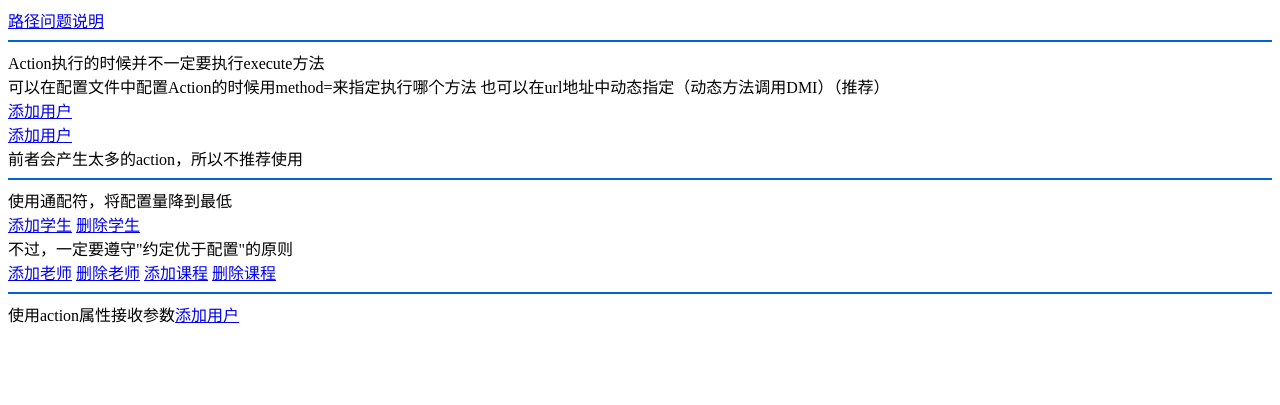
Repository: chellong/StrutsBasic
Page: http://localhost/Struts2.3Sx_1/
The author's editor kept a copy of each file at every save. The page is drawn from the files as they stood at one save, then again after the next save.
The browser window is 1280 px wide. The pictures show the whole page.
The page is served by Tomcat 9. Nobody is signed in. The application's start-up code is not run.

Above is the page before, as saved 2016-01-22 16:49:11.

After the next save:
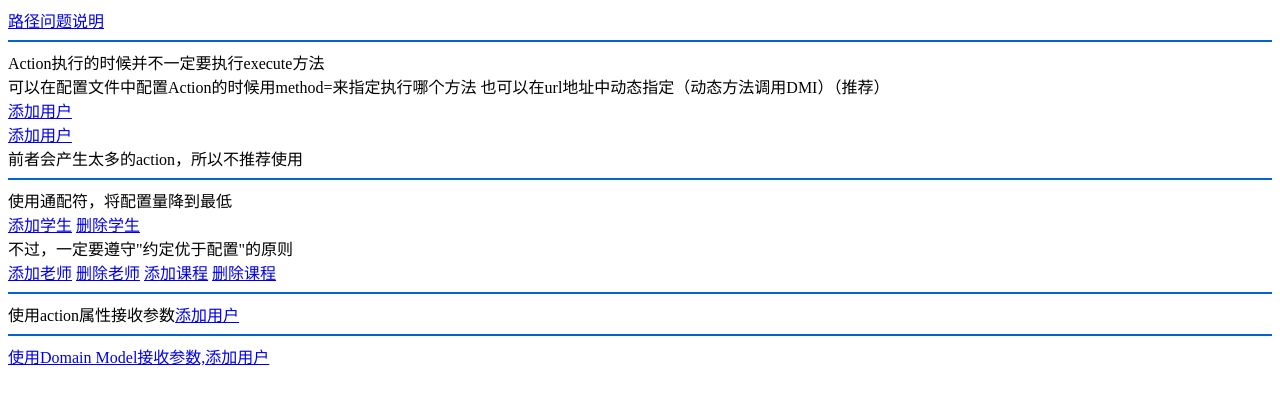
Saved 17 h 17 min later.
--- a/Struts2.3Sx_1/WebContent/index.jsp
+++ b/Struts2.3Sx_1/WebContent/index.jsp
@@ -42,5 +42,10 @@
 
 	<hr noshade color="#0066cc" />
 	使用action属性接收参数<a href="user/user_007?name=a&age=8">添加用户</a>
+
+	<hr noshade color="#0066cc" />
+	<a href="user/user!add?user.name=a&user.age=8">
+使用Domain Model接收参数,添加用户</a>
+
 </body>
 </html>
